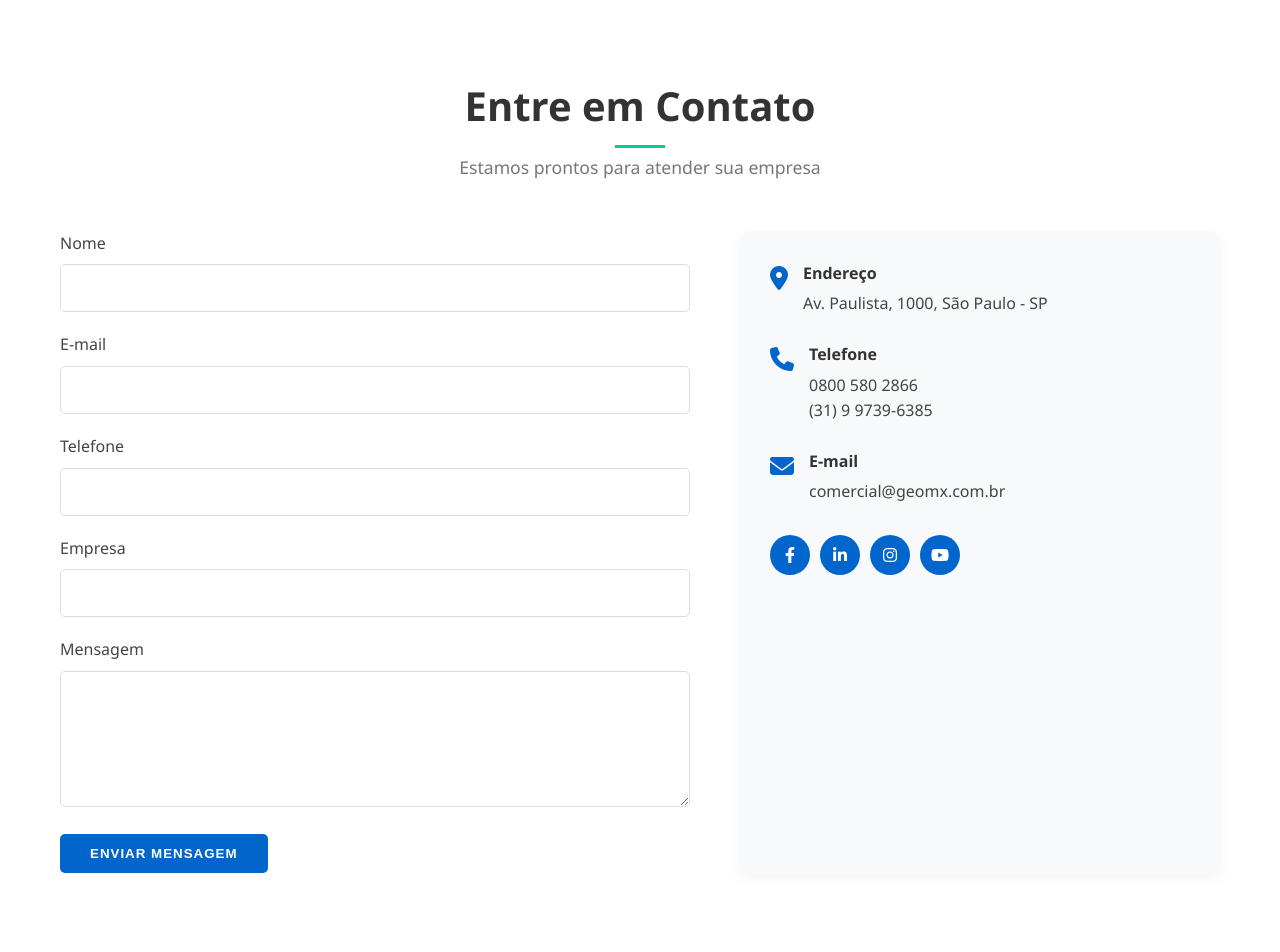
Repository: rocha1579/geomx
Page: index.html
An editor plug-in stored every save of this project. The page is shown before and after the next save, followed by the edit.
The browser window is 1280 px wide. The pictures show the part of the page from y = 4508 to 5460 px (the page is 6226 px tall).
Pictures or frames that could not be fetched are drawn as grey boxes. A picture or video elsewhere on the page could not be fetched, so the positions and the page height are approximate.

Above is the page before, as saved 2025-04-22 15:40:15.

### index.html
<!DOCTYPE html>
<html lang="pt-br">
<head>
    <meta charset="UTF-8">
    <meta name="viewport" content="width=device-width, initial-scale=1.0">
    <title>GeoMX - Soluções Geoespaciais</title>
    <link rel="stylesheet" href="styles-dark-mode.css">
    <script src="dark-mode.js" defer></script>
    <link rel="stylesheet" href="styles.css">
    <link rel="stylesheet" href="https://cdnjs.cloudflare.com/ajax/libs/font-awesome/5.15.4/css/all.min.css">
    <link rel="stylesheet" href="https://cdnjs.cloudflare.com/ajax/libs/font-awesome/6.4.0/css/all.min.css">
</head>
<body>
    <header>
        <div class="container">
            <div class="logo">
                <img src="logo.png" alt="GeoMX Logo">
            </div>
            <nav>
                <div class="menu-toggle">
                    <i class="fas fa-bars"></i>
                </div>
                <ul class="menu">
                    <li><a href="#inicio">Início</a></li>
                    <li><a href="#sobre">Sobre Nós</a></li>
                    <li><a href="#servicos">Serviços</a></li>
                    <li><a href="#solucoes">Soluções</a></li>
                    <li><a href="telemetria.html">Telemetria</a></li>
                    <li><a href="#clientes">Clientes</a></li>
                    <li><a href="#contato" class="btn-contato">Contato</a></li>
                </ul>
            </nav>
        </div>
    </header>

    <section id="inicio" class="hero">
        <div class="container">
            <div class="hero-content">
                <h1>Soluções Geoespaciais Inteligentes</h1>
                <p>Transformando dados geográficos em soluções estratégicas para o seu negócio</p>
                <a href="#contato" class="btn-primary">Fale Conosco</a>
            </div>
        </div>
    </section>

    <section id="sobre" class="sobre">
        <div class="container">
            <div class="section-header">
                <h2>Sobre a GeoMX</h2>
                <p>Excelência em soluções geoespaciais desde 2010</p>
            </div>
            <div class="sobre-content">
                <div class="sobre-text">
                    <p>A GeoMX é uma empresa especializada em soluções geoespaciais, oferecendo tecnologias avançadas para análise de dados geográficos, mapeamento e geoprocessamento.</p>
                    <p>Nossa missão é transformar dados geográficos complexos em informações estratégicas que impulsionam o crescimento e a eficiência dos nossos clientes.</p>
                    <a href="#servicos" class="btn-secondary">Conheça Nossos Serviços</a>
                </div>
                <div class="sobre-image">
                    <img src="about-image.jpg" alt="Equipe GeoMX">
                </div>
            </div>
        </div>
    </section>

    <section id="servicos" class="servicos">
        <div class="container">
            <div class="section-header">
                <h2>Nossos Serviços</h2>
                <p>Soluções completas em geotecnologia</p>
            </div>
            <div class="servicos-grid">
                <div class="servico-card">
                    <div class="servico-icon">
                        <i class="fas fa-map-marked-alt"></i>
                    </div>
                    <h3>Mapeamento Digital</h3>
                    <p>Criação de mapas digitais precisos e detalhados para diversas aplicações.</p>
                </div>
                <div class="servico-card">
                    <div class="servico-icon">
                        <i class="fas fa-database"></i>
                    </div>
                    <h3>Geoprocessamento</h3>
                    <p>Processamento e análise de dados geográficos para tomada de decisões.</p>
                </div>
                <div class="servico-card">
                    <div class="servico-icon">
                        <i class="fas fa-satellite"></i>
                    </div>
                    <h3>Sensoriamento Remoto</h3>
                    <p>Análise de imagens de satélite para monitoramento ambiental e territorial.</p>
                </div>
                <div class="servico-card">
                    <div class="servico-icon">
                        <i class="fas fa-location-arrow"></i>
                    </div>
                    <h3>Geolocalização</h3>
                    <p>Soluções de localização e rastreamento para otimização logística.</p>
                </div>
            </div>
        </div>
    </section>

    <!-- Nova seção de Serviços de Telemetria -->
    <section id="servicos-telemetria" class="servicos-telemetria">
        <div class="container">
            <div class="section-header">
                <h2>Serviços de Telemetria</h2>
                <p>Soluções avançadas para monitoramento e controle de frotas</p>
            </div>

            <div class="telemetria-grid">
                <a href="telemetria.html" class="telemetria-card">
                    <div class="telemetria-icon">
                        <i class="fas fa-broadcast-tower"></i>
                    </div>
                    <h3>Telemetria Veicular</h3>
                    <p>Solução personalizada de gestão de frotas que coleta informações remotamente.</p>
                    <span class="telemetria-link">Saiba mais <i class="fas fa-arrow-right"></i></span>
                </a>

                <a href="rede-can.html" class="telemetria-card">
                    <div class="telemetria-icon">
                        <i class="fas fa-network-wired"></i>
                    </div>
                    <h3>Rede CAN</h3>
                    <p>Sistema inovador que proporciona velocidade e confiabilidade no armazenamento de informações.</p>
                    <span class="telemetria-link">Saiba mais <i class="fas fa-arrow-right"></i></span>
                </a>

                <a href="sensor-fadiga.html" class="telemetria-card">
                    <div class="telemetria-icon">
                        <i class="fas fa-eye"></i>
                    </div>
                    <h3>Sensor de Fadiga</h3>
                    <p>Detector de comportamento de motoristas que reduz significativamente o risco de acidentes.</p>
                    <span class="telemetria-link">Saiba mais <i class="fas fa-arrow-right"></i></span>
                </a>

                <a href="controle-passageiros.html" class="telemetria-card">
                    <div class="telemetria-icon">
                        <i class="fas fa-users"></i>
                    </div>
                    <h3>Controle de Passageiros</h3>
                    <p>Sistema de controle de embarque e desembarque para gestão de acessos.</p>
                    <span class="telemetria-link">Saiba mais <i class="fas fa-arrow-right"></i></span>
                </a>

                <a href="video-veicular.html" class="telemetria-card">
                    <div class="telemetria-icon">
                        <i class="fas fa-video"></i>
                    </div>
                    <h3>Vídeo Veicular</h3>
                    <p>Sistema de informações via imagens para monitoramento eficaz da operação.</p>
                    <span class="telemetria-link">Saiba mais <i class="fas fa-arrow-right"></i></span>
                </a>

                <a href="camera-corporal.html" class="telemetria-card">
                    <div class="telemetria-icon">
                        <i class="fas fa-camera"></i>
                    </div>
                    <h3>Câmera Corporal</h3>
                    <p>Tecnologia compacta e robusta que garante o monitoramento de operações com imagens de alta qualidade.</p>
                    <span class="telemetria-link">Saiba mais <i class="fas fa-arrow-right"></i></span>
                </a>
            </div>
        </div>
    </section>

    <section id="solucoes" class="solucoes">
        <div class="container">
            <div class="section-header">
                <h2>Nossas Soluções</h2>
                <p>Tecnologia de ponta para seu negócio</p>
            </div>
            <div class="solucoes-tabs">
                <div class="tabs-nav">
                    <button class="tab-btn active" data-tab="tab1">GeoMX Mapper</button>
                    <button class="tab-btn" data-tab="tab2">GeoMX Analytics</button>
                    <button class="tab-btn" data-tab="tab3">GeoMX Track</button>
                </div>
                <div class="tabs-content">
                    <div class="tab-content active" id="tab1">
                        <div class="tab-image">
                            <img src="solution1.jpg" alt="GeoMX Mapper">
                        </div>
                        <div class="tab-text">
                            <h3>GeoMX Mapper</h3>
                            <p>Plataforma completa para criação e gerenciamento de mapas digitais com alta precisão. Ideal para planejamento urbano, ambiental e infraestrutura.</p>
                            <ul>
                                <li>Mapeamento em alta resolução</li>
                                <li>Integração com múltiplas fontes de dados</li>
                                <li>Exportação em diversos formatos</li>
                                <li>Atualizações em tempo real</li>
                            </ul>
                        </div>
                    </div>
                    <div class="tab-content" id="tab2">
                        <div class="tab-image">
                            <img src="solution2.jpg" alt="GeoMX Analytics">
                        </div>
                        <div class="tab-text">
                            <h3>GeoMX Analytics</h3>
                            <p>Solução avançada de análise geoespacial com inteligência artificial para identificação de padrões e tendências em dados geográficos.</p>
                            <ul>
                                <li>Análise preditiva geoespacial</li>
                                <li>Dashboards interativos</li>
                                <li>Relatórios personalizados</li>
                                <li>Integração com sistemas corporativos</li>
                            </ul>
                        </div>
                    </div>
                    <div class="tab-content" id="tab3">
                        <div class="tab-image">
                            <img src="solution3.jpg" alt="GeoMX Track">
                        </div>
                        <div class="tab-text">
                            <h3>GeoMX Track</h3>
                            <p>Sistema de rastreamento e monitoramento em tempo real para frotas e ativos, otimizando rotas e reduzindo custos operacionais.</p>
                            <ul>
                                <li>Rastreamento em tempo real</li>
                                <li>Otimização de rotas</li>
                                <li>Alertas de segurança</li>
                                <li>Relatórios de desempenho</li>
                            </ul>
                        </div>
                    </div>
                </div>
            </div>
        </div>
    </section>

    <section id="clientes" class="clientes">
        <div class="container">
            <div class="section-header">
                <h2>Nossos Clientes</h2>
                <p>Empresas que confiam em nossas soluções</p>
            </div>
            <div class="clientes-logos">
                <div class="cliente-logo">
                    <img src="cliente1.png" alt="Cliente 1">
                </div>
                <div class="cliente-logo">
                    <img src="cliente2.png" alt="Cliente 2">
                </div>
                <div class="cliente-logo">
                    <img src="cliente3.png" alt="Cliente 3">
                </div>
                <div class="cliente-logo">
                    <img src="cliente4.png" alt="Cliente 4">
                </div>
                <div class="cliente-logo">
                    <img src="cliente5.png" alt="Cliente 5">
                </div>
                <div class="cliente-logo">
                    <img src="cliente6.png" alt="Cliente 6">
                </div>
            </div>
            <div class="depoimentos">
                <div class="depoimento-slider">
                    <div class="depoimento">
                        <div class="depoimento-text">
                            <p>"A GeoMX transformou nossa operação logística com soluções de geolocalização precisas e eficientes. Reduzimos custos operacionais em 30%."</p>
                        </div>
                        <div class="depoimento-autor">
                            <img src="depoimento1.jpg" alt="Autor do Depoimento">
                            <div>
                                <h4>Carlos Silva</h4>
                                <p>Diretor de Operações, Logística Express</p>
                            </div>
                        </div>
                    </div>
                    <div class="depoimento">
                        <div class="depoimento-text">
                            <p>"O sistema de análise geoespacial da GeoMX nos permitiu identificar oportunidades de mercado que não conseguíamos visualizar antes."</p>
                        </div>
                        <div class="depoimento-autor">
                            <img src="depoimento2.jpg" alt="Autor do Depoimento">
                            <div>
                                <h4>Ana Ferreira</h4>
                                <p>CEO, Retail Solutions</p>
                            </div>
                        </div>
                    </div>
                </div>
                <div class="slider-controls">
                    <button class="prev-btn"><i class="fas fa-chevron-left"></i></button>
                    <button class="next-btn"><i class="fas fa-chevron-right"></i></button>
                </div>
            </div>
        </div>
    </section>

    <section id="contato" class="contato">
        <div class="container">
            <div class="section-header">
                <h2>Entre em Contato</h2>
                <p>Estamos prontos para atender sua empresa</p>
            </div>
            <div class="contato-content">
                <div class="contato-form">
                    <form id="formulario-contato">
                        <div class="form-group">
                            <label for="nome">Nome</label>
                            <input type="text" id="nome" name="nome" required>
                        </div>
                        <div class="form-group">
                            <label for="email">E-mail</label>
                            <input type="email" id="email" name="email" required>
                        </div>
                        <div class="form-group">
                            <label for="telefone">Telefone</label>
                            <input type="tel" id="telefone" name="telefone">
                        </div>
                        <div class="form-group">
                            <label for="empresa">Empresa</label>
                            <input type="text" id="empresa" name="empresa">
                        </div>
                        <div class="form-group">
                            <label for="mensagem">Mensagem</label>
                            <textarea id="mensagem" name="mensagem" rows="5" required></textarea>
                        </div>
                        <button type="submit" class="btn-primary">Enviar Mensagem</button>
                    </form>
                </div>
                <div class="contato-info">
                    <div class="info-item">
                        <i class="fas fa-map-marker-alt"></i>
                        <div>
                            <h4>Endereço</h4>
                            <p>Av. Paulista, 1000, São Paulo - SP</p>
                        </div>
                    </div>
                    <div class="info-item">
                        <i class="fas fa-phone"></i>
                        <div>
                            <h4>Telefone</h4>
                            <p>0800 580 2866<br>(31) 9 9739-6385</p>
                        </div>
                    </div>
                    <div class="info-item">
                        <i class="fas fa-envelope"></i>
                        <div>
                            <h4>E-mail</h4>
                            <p>comercial@geomx.com.br</p>
                        </div>
                    </div>
                    <div class="social-media">
                        <a href="https://www.facebook.com/geomxbrasil" class="social-icon" target="_blank"><i class="fab fa-facebook-f"></i></a>
                        <a href="https://www.linkedin.com/company/geomx" class="social-icon" target="_blank"><i class="fab fa-linkedin-in"></i></a>
                        <a href="https://www.instagram.com/geomx_brasil/" class="social-icon" target="_blank"><i class="fab fa-instagram"></i></a>
                        <a href="https://www.youtube.com/channel/UC2VQmLmBy8NQ2N8LnCI59Cg" class="social-icon" target="_blank"><i class="fab fa-youtube"></i></a>
                    </div>
                </div>
            </div>
        </div>
    </section>
    <iframe
    src="https://www.google.com/maps/embed?pb=!1m18!1m12!1m3!1d3750.955249439259!2d-43.92309932514979!3d-19.926290538192287!2m3!1f0!2f0!3f0!3m2!1i1024!2i768!4f13.1!3m3!1m2!1s0xa699cd28e77955%3A0xd93406e577a22ba!2sR.%20Padre%20Marinho%2C%2037%20-%20Santa%20Efig%C3%AAnia%2C%20Belo%20Horizonte%20-%20MG%2C%2030140-040!5e0!3m2!1spt-BR!2sbr!4v1745327561781!5m2!1spt-BR!2sbr"
    width="100%"
    height="400"
    style="border:0; border-radius: 12px;"
    allowfullscreen=""
    loading="lazy"
    referrerpolicy="no-referrer-when-downgrade">
  </iframe>
      <footer>
        <div class="container">
            <div class="footer-content">
                <div class="footer-logo">
                    <img src="logo-white.png" alt="GeoMX Logo">
                    <p>Transformando dados geográficos em soluções estratégicas</p>
                </div>
                <div class="footer-links">
                    <div class="footer-column">
                        <h4>Empresa</h4>
                        <ul>
                            <li><a href="#sobre">Sobre Nós</a></li>
                            <li><a href="#clientes">Clientes</a></li>
                            <li><a href="#">Carreiras</a></li>
                            <li><a href="#">Blog</a></li>
                        </ul>
                    </div>
                    <div class="footer-column">
                        <h4>Serviços</h4>
                        <ul>
                            <li><a href="#servicos">Mapeamento Digital</a></li>
                            <li><a href="#servicos">Geoprocessamento</a></li>
                            <li><a href="#servicos">Sensoriamento Remoto</a></li>
                            <li><a href="#servicos">Geolocalização</a></li>
                        </ul>
                    </div>
                    <div class="footer-column">
                        <h4>Suporte</h4>
                        <ul>
                            <li><a href="#contato">Contato</a></li>
                            <li><a href="#">FAQ</a></li>
                            <li><a href="#">Documentação</a></li>
                            <li><a href="#">Política de Privacidade</a></li>
                        </ul>
                    </div>
                </div>
            </div>
            <div class="footer-bottom">
                <p>&copy; 2023 GeoMX. Todos os direitos reservados.</p>
            </div>
        </div>
    </footer>
    <div id="cookie-banner" class="cookie-banner">
        <p>Utilizamos cookies para melhorar sua experiência em nosso site. Ao continuar navegando, você concorda com nossa <a href="#">Política de Privacidade</a>.</p>
        <button id="cookie-accept">Aceitar</button>
    </div>

    <!-- Botão de WhatsApp Flutuante -->
    <a href="https://wa.me/31997396385" class="whatsapp-button" target="_blank">
        <i class="fab fa-whatsapp"></i>
    </a>

    <script src="script.js"></script>
</body>
</html>

Loaded but not shown: script.js (209 lines, source omitted); styles.css (1837 lines, source omitted); styles-dark-mode.css (no stored copy; drawn as an empty file); dark-mode.js (no stored copy; drawn as an empty file)

After the next save:
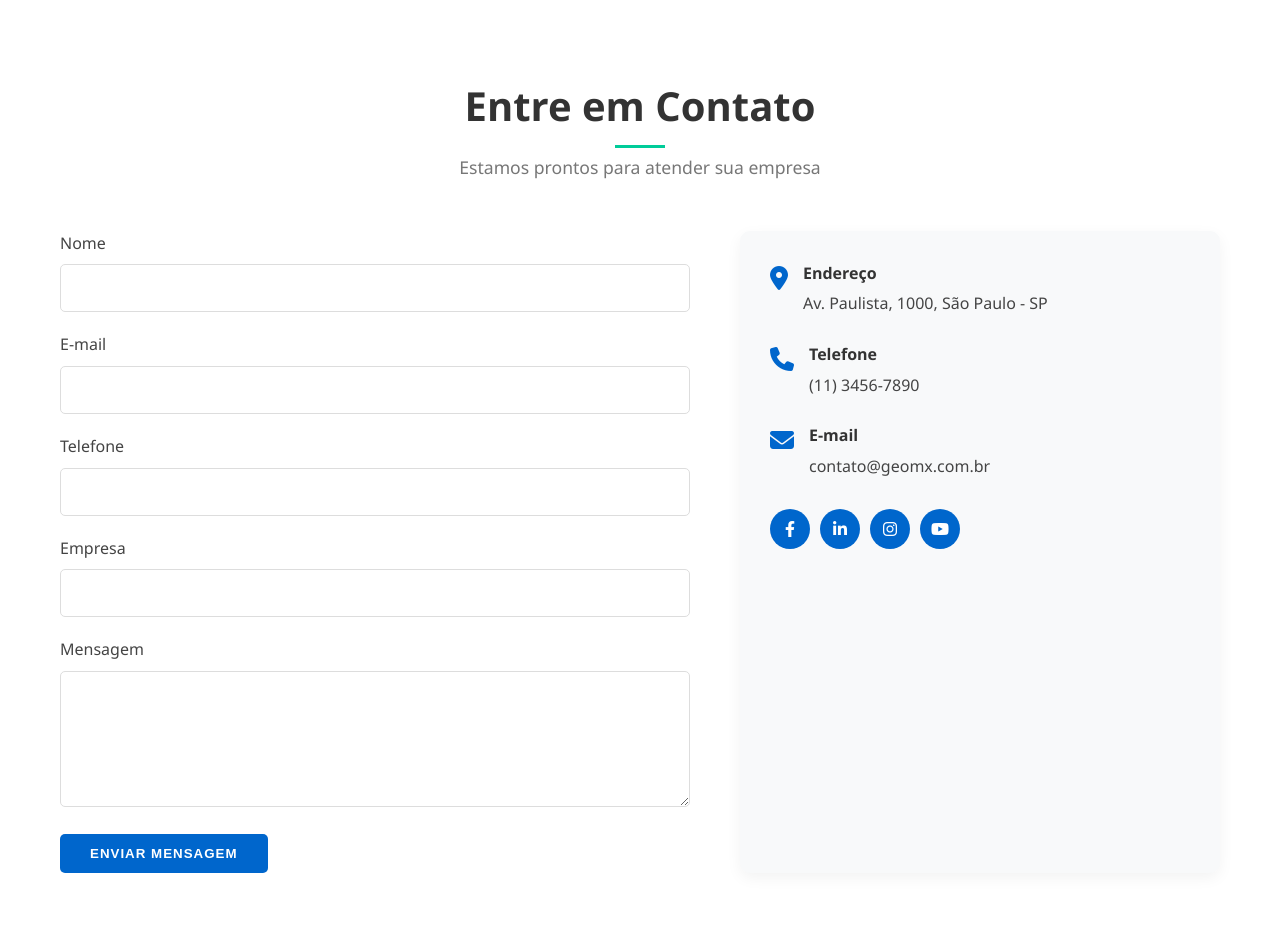
Saved 15 s later.
--- a/index.html
+++ b/index.html
@@ -335,21 +335,21 @@
                         <i class="fas fa-phone"></i>
                         <div>
                             <h4>Telefone</h4>
-                            <p>0800 580 2866<br>(31) 9 9739-6385</p>
+                            <p>(11) 3456-7890</p>
                         </div>
                     </div>
                     <div class="info-item">
                         <i class="fas fa-envelope"></i>
                         <div>
                             <h4>E-mail</h4>
-                            <p>comercial@geomx.com.br</p>
+                            <p>contato@geomx.com.br</p>
                         </div>
                     </div>
                     <div class="social-media">
-                        <a href="https://www.facebook.com/geomxbrasil" class="social-icon" target="_blank"><i class="fab fa-facebook-f"></i></a>
-                        <a href="https://www.linkedin.com/company/geomx" class="social-icon" target="_blank"><i class="fab fa-linkedin-in"></i></a>
-                        <a href="https://www.instagram.com/geomx_brasil/" class="social-icon" target="_blank"><i class="fab fa-instagram"></i></a>
-                        <a href="https://www.youtube.com/channel/UC2VQmLmBy8NQ2N8LnCI59Cg" class="social-icon" target="_blank"><i class="fab fa-youtube"></i></a>
+                        <a href="#" class="social-icon"><i class="fab fa-facebook-f"></i></a>
+                        <a href="#" class="social-icon"><i class="fab fa-linkedin-in"></i></a>
+                        <a href="#" class="social-icon"><i class="fab fa-instagram"></i></a>
+                        <a href="#" class="social-icon"><i class="fab fa-youtube"></i></a>
                     </div>
                 </div>
             </div>
@@ -412,7 +412,7 @@
     </div>
 
     <!-- Botão de WhatsApp Flutuante -->
-    <a href="https://wa.me/31997396385" class="whatsapp-button" target="_blank">
+    <a href="https://wa.me/SEUNUMERODETELEFONE" class="whatsapp-button" target="_blank">
         <i class="fab fa-whatsapp"></i>
     </a>
 
